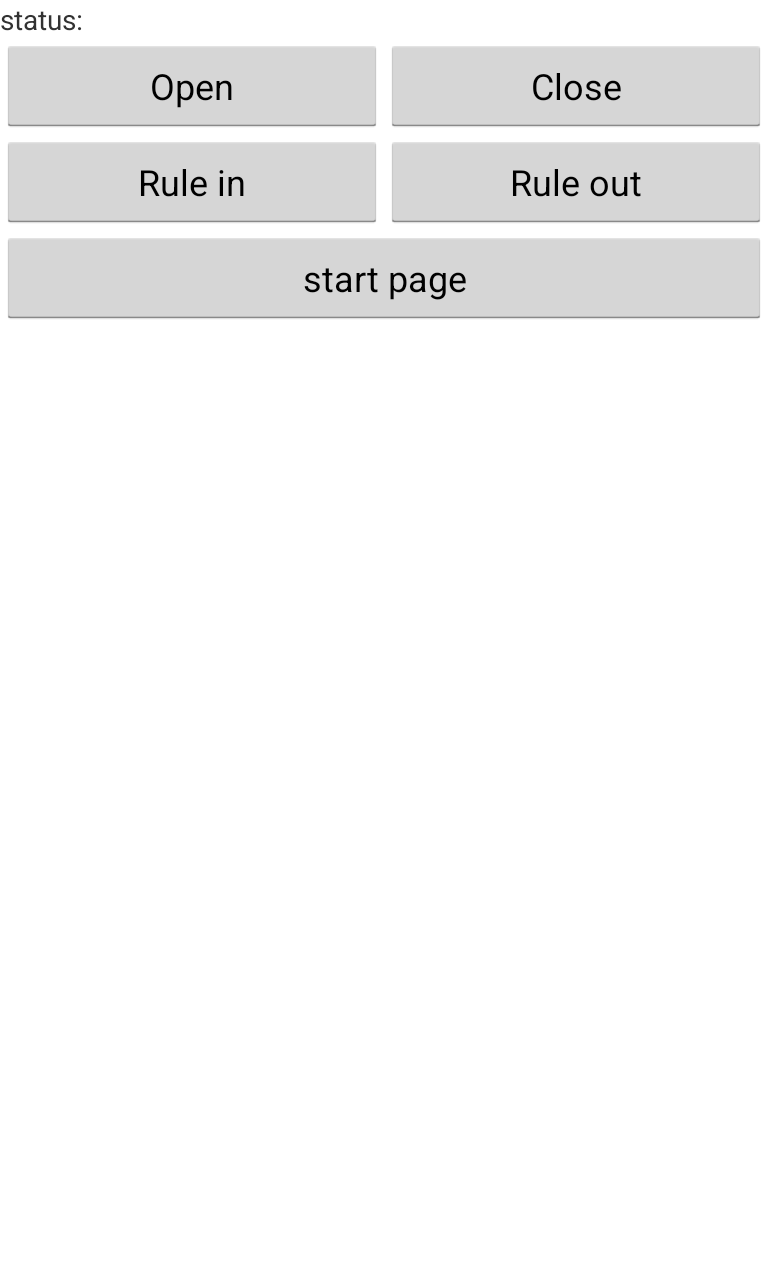
Repository: dthas/d_firewall_c
Layout: src/main/android/eclipse_project/dfirewall/res/layout/activity_main.xml
These files come from the project's save history. The layout is drawn as it stood at one moment and after the next save; the edit follows.
It is drawn on a 768 x 1280 px phone screen (xhdpi) without system bars, with theme AppTheme; the app's code is not run.

Above is the layout before, as saved 2017-02-05 04:06:52.

After the next save:
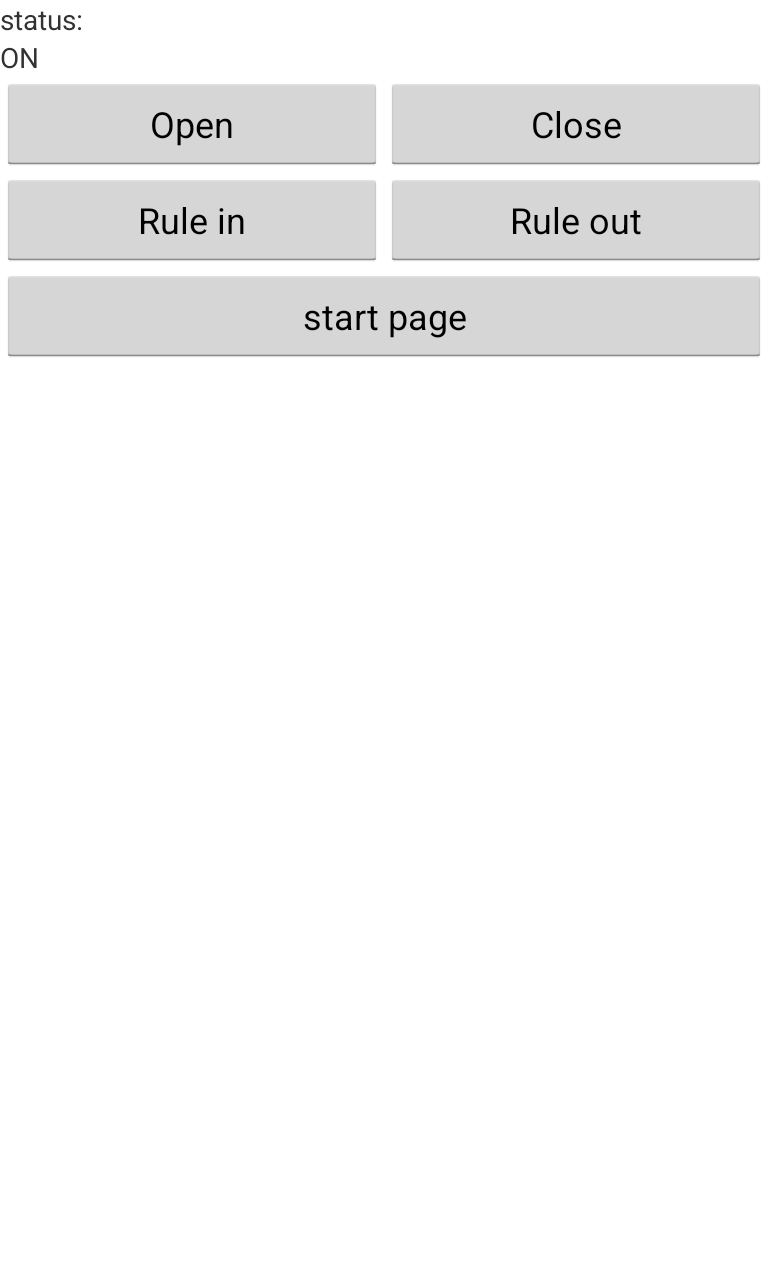
Saved 100 s later.
--- a/src/main/android/eclipse_project/dfirewall/res/layout/activity_main.xml
+++ b/src/main/android/eclipse_project/dfirewall/res/layout/activity_main.xml
@@ -13,6 +13,12 @@
 				android:layout_width="match_parent"
 				android:layout_height="wrap_content"
 				android:text="status:" />
+
+	        <TextView
+				android:id="@+id/text_view_1"
+				android:layout_width="match_parent"
+				android:layout_height="wrap_content"
+				android:text="ON" />
 	</LinearLayout>
 
     <LinearLayout
